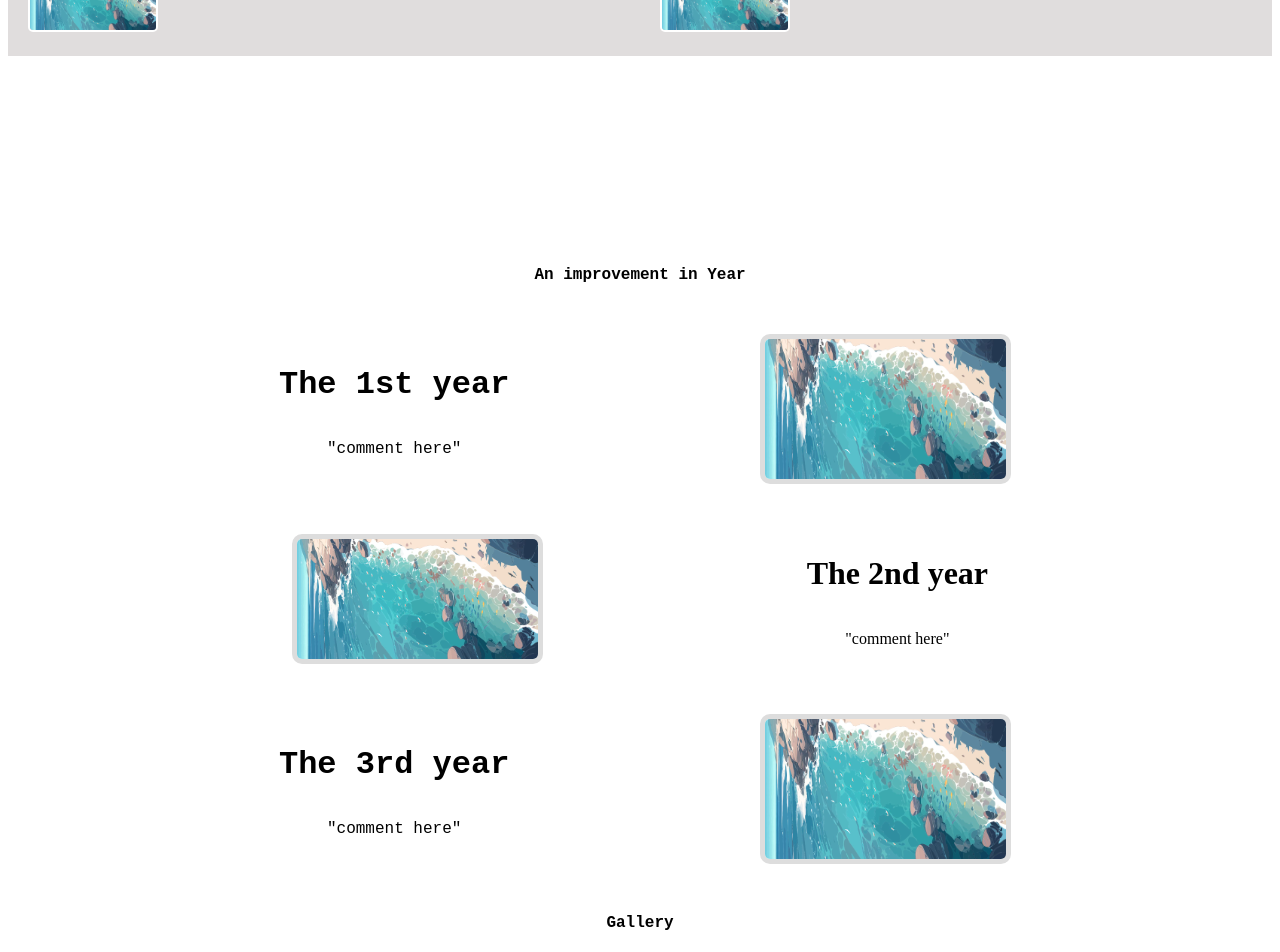
Repository: kittipichcha/Port1
Page: page2.html
The author's editor kept a copy of each file at every save. The page is drawn from the files as they stood at one save, then again after the next save.
The browser window is 1280 px wide. The pictures show the part of the page from y = 1214 to 2166 px (the page is 2166 px tall before and 2147 px after).
A picture or video elsewhere on the page could not be fetched, so the positions and the page height are approximate.

Above is the page before, as saved 2024-10-14 12:02:41.

After the next save:
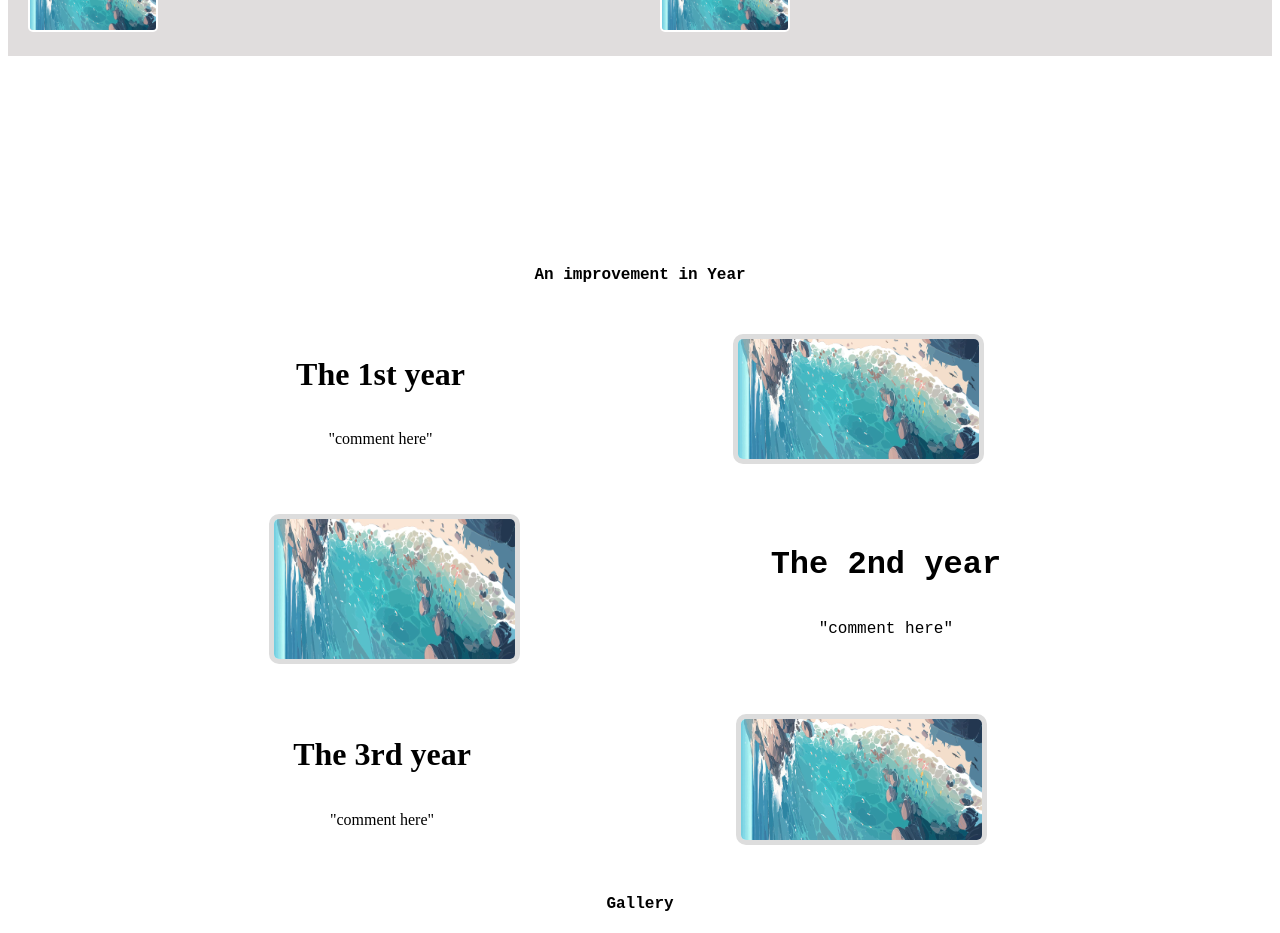
Saved 61 s later.
--- a/style.css
+++ b/style.css
@@ -128,7 +128,7 @@
     justify-content: flex-start;
 }
 
-.topicAndPara:nth-child(1) {
+.topicAndPara:nth-child(2) {
     color: #000000;
     font-size: medium;
     font-family: 'Courier New', monospace;

After the save that followed:
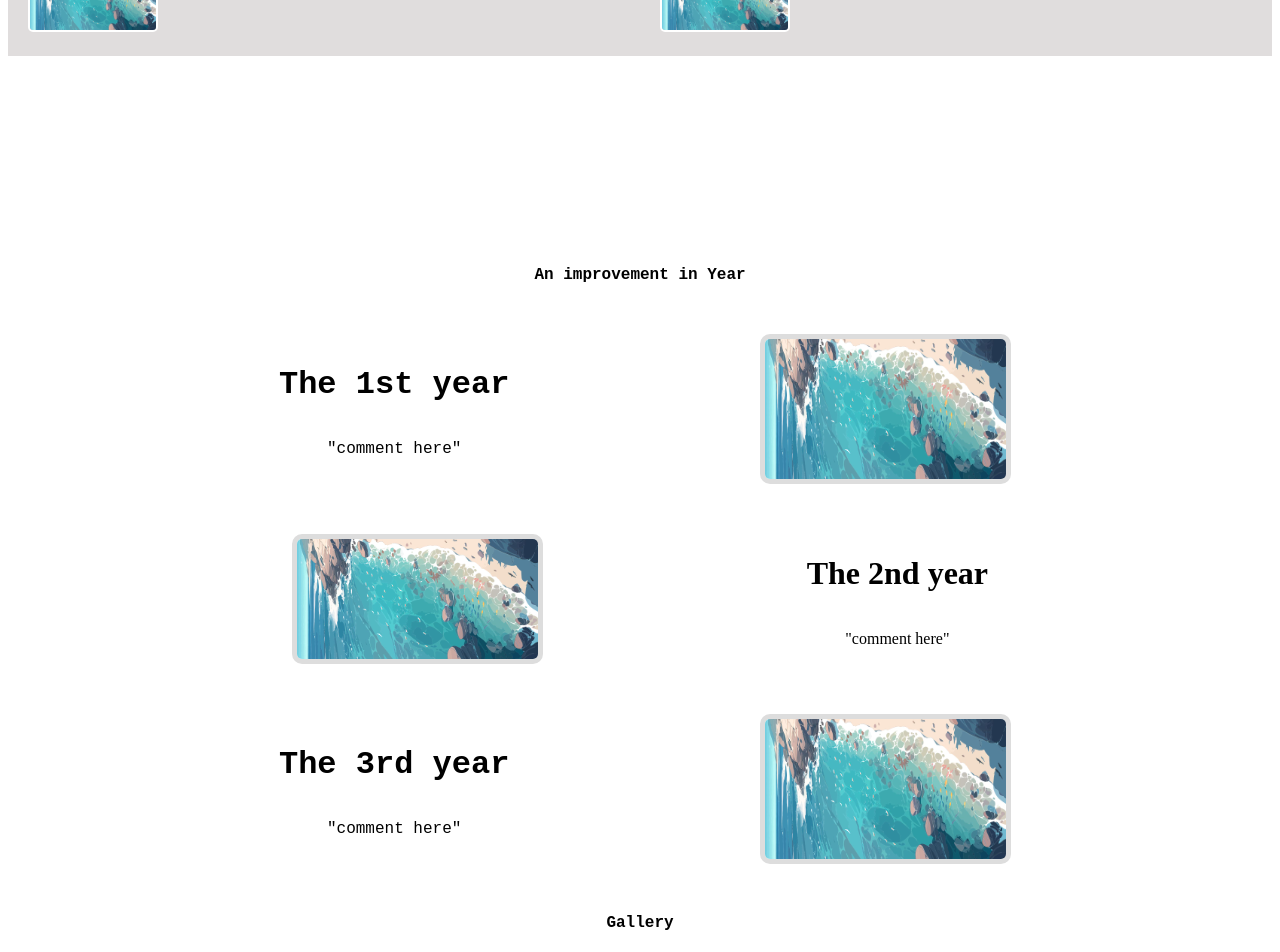
Saved 11 s later.
--- a/style.css
+++ b/style.css
@@ -128,7 +128,7 @@
     justify-content: flex-start;
 }
 
-.topicAndPara:nth-child(2) {
+.topicAndPara:nth-child(1) {
     color: #000000;
     font-size: medium;
     font-family: 'Courier New', monospace;
